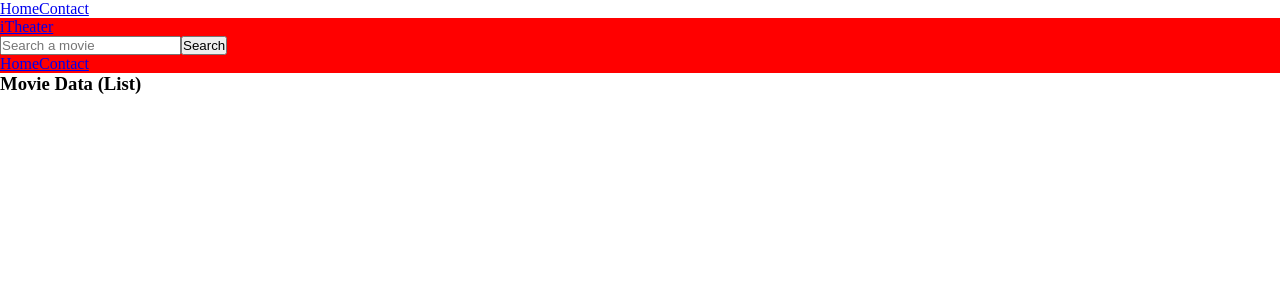
Repository: just-mann/itheater
Page: /
The author's editor kept a copy of each file at every save. The page is drawn from the files as they stood at one save, then again after the next save.
The browser window is 1280 px wide. The pictures show the whole page.
The page's requests for data from a server got no answer. The project was rebuilt for these pictures with package versions that can differ from the ones it lists, and the page was loaded fresh each time. No one was signed in, and anything a server would have sent is missing. Also part of the build but not shown: src/components/Contact.js, src/components/MovieDetail.js.

Above is the page before, as saved 2021-07-16 04:11:34.

### public/index.html
<!DOCTYPE html>
<html lang="en">
  <head>
    <meta charset="utf-8" />
    <link rel="icon" href="%PUBLIC_URL%/favicon.ico" />
    <meta name="viewport" content="width=device-width, initial-scale=1" />
    <meta name="theme-color" content="#000000" />
    <meta
      name="description"
      content="Web site created using create-react-app"
    />
    <link rel="apple-touch-icon" href="%PUBLIC_URL%/logo192.png" />
    <!--
      manifest.json provides metadata used when your web app is installed on a
      user's mobile device or desktop. See https://developers.google.com/web/fundamentals/web-app-manifest/
    -->
    <link rel="manifest" href="%PUBLIC_URL%/manifest.json" />
    <!--
      Notice the use of %PUBLIC_URL% in the tags above.
      It will be replaced with the URL of the `public` folder during the build.
      Only files inside the `public` folder can be referenced from the HTML.

      Unlike "/favicon.ico" or "favicon.ico", "%PUBLIC_URL%/favicon.ico" will
      work correctly both with client-side routing and a non-root public URL.
      Learn how to configure a non-root public URL by running `npm run build`.
    -->
    <title>iTheater | Learn More About Your Favorite Movies / TV Shows</title>
  </head>
  <body>
    <noscript>You need to enable JavaScript to run this app.</noscript>
    <div id="root"></div>
    <!--
      This HTML file is a template.
      If you open it directly in the browser, you will see an empty page.

      You can add webfonts, meta tags, or analytics to this file.
      The build step will place the bundled scripts into the <body> tag.

      To begin the development, run `npm start` or `yarn start`.
      To create a production bundle, use `npm run build` or `yarn build`.
    -->
  </body>
</html>

### src/index.js
import React from 'react';
import ReactDOM from 'react-dom';
import './styles/style.css';
import App from './App';
import reportWebVitals from './reportWebVitals';

ReactDOM.render(
  <React.StrictMode>
    <App />
  </React.StrictMode>,
  document.getElementById('root')
);

// If you want to start measuring performance in your app, pass a function
// to log results (for example: reportWebVitals(console.log))
// or send to an analytics endpoint. Learn more: https://bit.ly/CRA-vitals
reportWebVitals();

### src/styles/style.css
* {
  padding: 0;
  margin: 0;
  box-sizing: border-box;
}

html {
  scroll-behavior: smooth;
}

.Header {
  background: red;
  width: 100%;
}/*# sourceMappingURL=style_20210716025908.css.map */

### src/App.js
import React from 'react';
import MovieContextProvider from './contexts/MovieContext';
import {BrowserRouter as Router, Switch, Route} from 'react-router-dom';
import Contact from './components/Contact';
import MovieDetail from './components/MovieDetail';
import ShowList from './components/ShowList';

const App = () => {
  return (
    <div className="App">
        <MovieContextProvider>
        <Router>
          <Switch>
            <Route exact path='/'>
              <ShowList />
            </Route>
            <Route exact path='/contact'>
              <Contact />
            </Route>
            <Route exact path='/:id'>
              <MovieDetail />
            </Route>
          </Switch>
        </Router>
        </MovieContextProvider>
    </div>
  );
}

export default App;

### src/contexts/MovieContext.js
import React, {useState, useEffect, createContext} from 'react';

export const movieContext = createContext();

const MovieContextProvider = (props) => {

    const [movie, setMovie] = useState('Smooth');

    // Data to be displayed...
    const [data, setData] = useState([])

    // Function to enter movie or show name
    const EnterShow = (show) => {
        setMovie(show);
    }

    useEffect(() => {
        fetch(`http://www.omdbapi.com/?s=${movie}&apikey=2c0bfe2d`)
            .then(res => res.json())
            .then(data => {
                setData(data.Search)
                console.log(data.Search)
            })
            .catch(err => console.log(err))
    }, [movie])

    return (
        <movieContext.Provider value={{movie, data, EnterShow}}>
            {data && props.children}
        </movieContext.Provider>
    )
}

export default MovieContextProvider;

### src/components/ShowList.js
import React, {useContext} from 'react';
import { movieContext } from '../contexts/MovieContext';
import Header from './Header';
import SideNav from './SideNav';


const ShowList = () => {

    const {data} = useContext(movieContext);

    // const [myData, setMyData] = useState({});

    return (
        <div className="ShowList">
            <SideNav />
            <div className="rightSide">
                <Header />
                <div>
                    <h3>Movie Data (List)</h3>
                    <div>
                        {data.map(myData => {
                            return(
                                <div key={myData.imdbID} className="showCard">
                                    <img src={myData.Poster} alt={myData.Title} />
                                    <div>
                                        <h3>{myData.Title}</h3>
                                    </div>
                                </div>
                            )
                        })}
                    </div>
                </div>
            </div>
        </div>
    )
}

export default ShowList;

### src/components/Header.js
import React from 'react';
import {Link} from 'react-router-dom';
import Search from './Search';

const Header = () => {
    return (
        <div className="Header">
            <Link to='/'>iTheater</Link>
            <Search />
            <div className="links">
                <Link to='/'>Home</Link>
                <Link to="/contact">Contact</Link>
            </div>
        </div>
    )
}

export default Header;

### src/components/SideNav.js
import React from 'react';
import {Link} from 'react-router-dom';

const SideNav = () => {
    return (
        <div className="SideNav">
            <div className="links">
                <Link to='/'>Home</Link>
                <Link to="/contact">Contact</Link>
            </div>
        </div>
    )
}

export default SideNav;

### src/components/Search.js
import React, {useState, useContext} from 'react';
import { useHistory } from 'react-router';
import {movieContext} from '../contexts/MovieContext';

const Search = () => {

    const history = useHistory();

    const {EnterShow} = useContext(movieContext)

    const [newSearch, setNewSearch] = useState('');

    const handleChange = (e) => {
        setNewSearch(e.target.value);
    }

    // const reDirect = () => {
    //     let path = '/';
    //     let history = useHistory();
    //     history.push(path);
    // }

    const handleSubmit = (e) => {
        e.preventDefault();
        EnterShow(newSearch);
        setNewSearch('');
        history.push('/')
    }

    return (
        <div className="Search">
            <form onSubmit={handleSubmit}>
                <input type='search' value={newSearch} placeholder='Search a movie' onChange={handleChange}/>
                <button>Search</button>
            </form>
        </div>
    )
}

export default Search;

Loaded but not shown: src/reportWebVitals.js (common file)

After the next save:
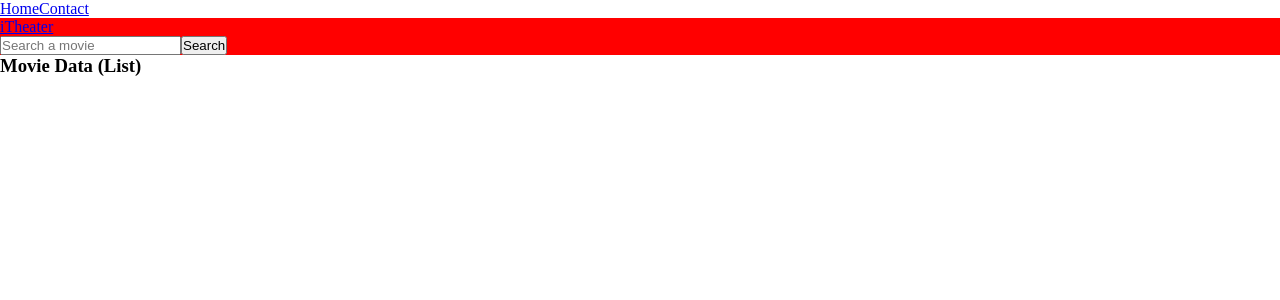
Saved 33 s later.
--- a/src/components/Header.js
+++ b/src/components/Header.js
@@ -7,10 +7,10 @@ const Header = () => {
         <div className="Header">
             <Link to='/'>iTheater</Link>
             <Search />
-            <div className="links">
+            {/* <div className="links">
                 <Link to='/'>Home</Link>
                 <Link to="/contact">Contact</Link>
-            </div>
+            </div> */}
         </div>
     )
 }
